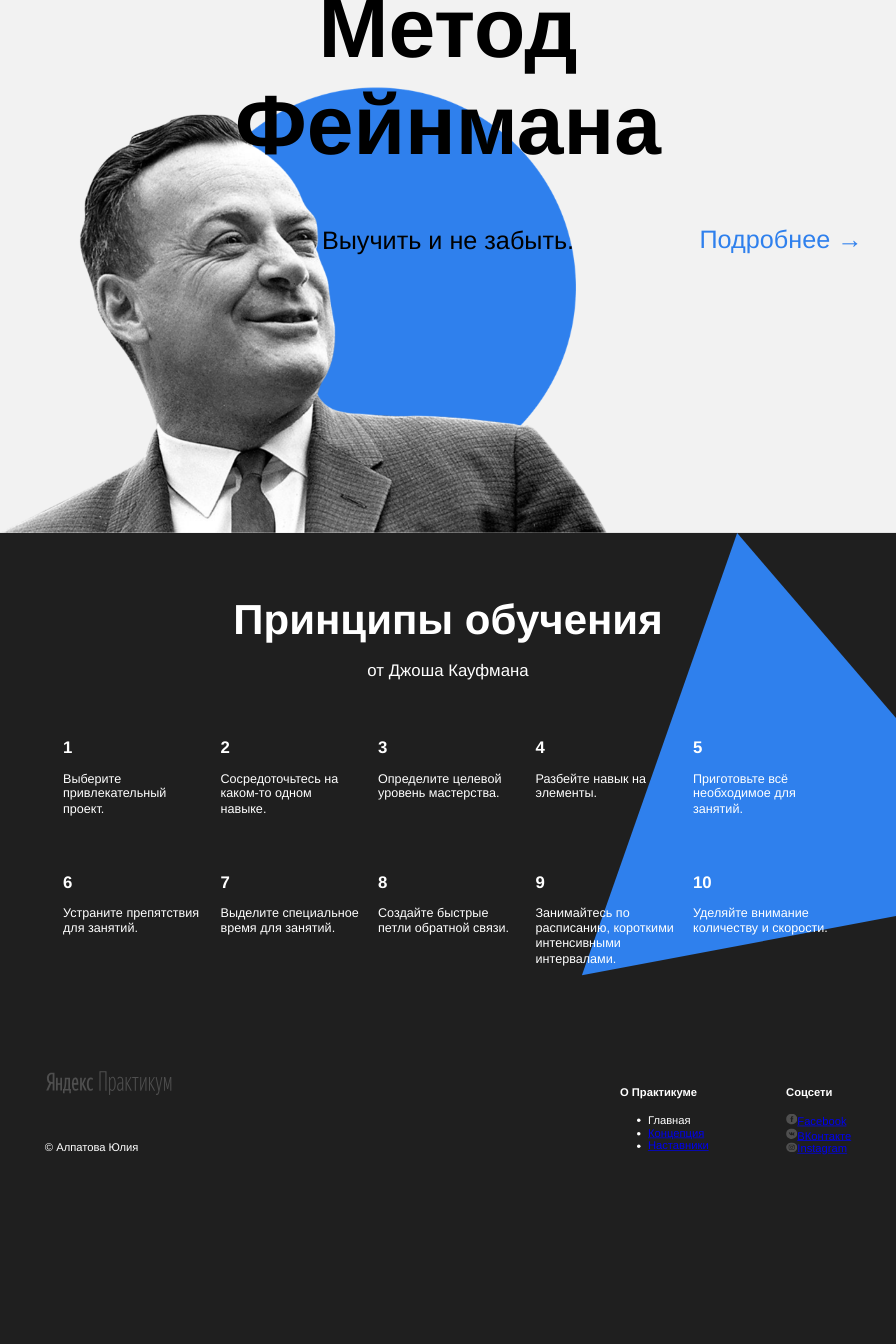
Repository: BlackMothy/how-to-learn
Page: index.html
The author's editor kept a copy of each file at every save. The page is drawn from the files as they stood at one save, then again after a run of saves.
The browser window is 1280 px wide. The pictures show the part of the page from y = 2100 to 4020 px (the page is 4020 px tall), at 70% of full size.

Above is the page before, as saved 2021-11-06 00:30:08.

### index.html
<!DOCTYPE html>
<html lang="ru">

<head>
  <meta charset="UTF-8">
  <meta name="viewport" content="width=device-width, initial-scale=1.0">
  <link rel="stylesheet" type="text/css" href="styles/normalize.css">
  <link rel="stylesheet" type="text/css" href="styles/style.css">
  <title>Научиться учиться</title>
</head>

<body>
  <div class="page">
    <header class="header">

      <img class="logo logo_place_header" src="images/logo_place_header.svg" alt="Лого" title="Лого">


      <h1 class="header__title">
        Научиться учиться
      </h1>

      <div class="header__subtitle">
        Какие современные и эффективные подходы к обучению вы можете использовать в своей жизни? <a class="header__link"
          href="#">Узнать &#8594;</a>
      </div>

      <img class="header__main-illustration" src="images\header-image.png" alt="Картинка главная">

      <div class="header__square-pic"></div>

    </header>
    <main class="content">
      <section class="description">
        <div class="two-columns">
          <h2 class="two-columns__brief">Главные проблемы в обучении</h2>

          <div class="two-columns__main-text">
            <div class="two-columns__paragraph">
              Ни в школе, ни в институте нас не учат тому, как правильно изучать материал. Мы готовимся к экзаменам и
              учим билеты. Мы тренируемся решать однообразные задачи, чтобы лучше сдать тест, но часто в итоге это не
              дает нам реального знания. Зубрежка быстро выветривается и не приносит пользы.
            </div>

            <div class="two-columns__paragraph">
              <span class="two-columns__span-accent">Вывод:</span> учиться тоже нужно уметь, но почему-то этому мало где
              учат. Что с этим делать?
            </div>

            <div class="two-columns__paragraph paragraph_position_last">
              Конкретные техники и упражнения помогают изменить подход к обучению, сделать его эффективным и
              захватывающим. Эти же техники применяются на примере обучения в Практикуме.
            </div>
          </div>
        </div>
      </section>

      <section class="digits">
        <h2 class="section-title">Цифры и факты</h2>

        <h3 class="section-subtitle">Про учёбу и мозг</h3>

        <ul class="table">
          <!-- Первая строка -->
          <li class="table__cell">
            <h4 class="table__heading">86 миллиардов</h4>
            <p class="table__text">
              Число нейронов в мозге человека
            </p>
          </li>

          <li class="table__cell">
            <h4 class="table__heading">2.1 миллиарда</h4>
            <p class="table__text">
              Число нуждающихся в повышении квалификации
            </p>
            <p class="table__text">
              Всемирный Банк, 2017
            </p>
          </li>

          <li class="table__cell">
            <h4 class="table__heading">1000 терабайт</h4>
            <p class="table__text">
              Объём памяти человека
            </p>
          </li>

          <li class="table__cell">
            <h4 class="table__heading">500 триллионов</h4>
            <p class="table__text">
              Число ответственных за обучение нервных синапсов у взрослого человека
            </p>
          </li>
          <!--  -->

          <!-- вторая строка -->
          <li class="table__cell">
            <h4 class="table__heading">420 миллионов</h4>
            <p class="table__text">
              Число взрослых людей моложе 25 лет, не имеющих образования для трудоустройства
            </p>
            <p class="table__text">
              Всемирный Банк, 2017
            </p>
          </li>

          <li class="table__cell">
            <h4 class="table__heading">17–20 лет</h4>
            <p class="table__text">
              Пик обучаемости
            </p>
          </li>

          <li class="table__cell">
            <h4 class="table__heading">1885 год</h4>
            <p class="table__text">
              Открытие кривой забывания
            </p>
          </li>

          <li class="table__cell">
            <h4 class="table__heading">1889 год</h4>
            <p class="table__text">
              Открытие условного рефлекса
            </p>
          </li>
          <!--  -->
        </ul>
      </section>

      <section class="feynman">
        <h2 class="feynman__title">Метод Фейнмана</h2>

        <h3 class="feynman__subtitle">Выучить и не забыть.</h3>

        <a class="feynman__link" href="#">Подробнее &#8594;</a>

        <img class="feynman__img" src="images/feynman.png" alt="Фейнман" title="Фейнман">
      </section>

      <section class="kaufman">
        <h2 class="section-title section-title__theme_dark">Принципы обучения</h2>

        <h3 class="section-subtitle section-subtitle__theme_dark">от Джоша Кауфмана</h3>

        <ul class="table table_theme_dark">
          <!-- Первая строка -->
          <li class="table__cell table__cell_theme_dark">
            <h4 class="table__heading table__heading_theme_dark">1</h4>
            <p class="table__text table__text_theme_dark">
              Выберите привлекательный проект.
            </p>
          </li>

          <li class="table__cell table__cell_theme_dark">
            <h4 class="table__heading table__heading_theme_dark">2</h4>
            <p class="table__text table__text_theme_dark">
              Сосредоточьтесь на каком-то одном навыке.
            </p>
          </li>

          <li class="table__cell table__cell_theme_dark">
            <h4 class="table__heading table__heading_theme_dark">3</h4>
            <p class="table__text table__text_theme_dark">
              Определите целевой уровень мастерства.
            </p>
          </li>

          <li class="table__cell table__cell_theme_dark">
            <h4 class="table__heading table__heading_theme_dark">4</h4>
            <p class="table__text table__text_theme_dark">
              Разбейте навык на элементы.
            </p>
          </li>

          <li class="table__cell table__cell_theme_dark">
            <h4 class="table__heading table__heading_theme_dark">5</h4>
            <p class="table__text table__text_theme_dark">
              Приготовьте всё необходимое для занятий.
            </p>
          </li>
          <!--  -->

          <!-- вторая строка -->
          <li class="table__cell table__cell_theme_dark">
            <h4 class="table__heading table__heading_theme_dark">6</h4>
            <p class="table__text table__text_theme_dark">
              Устраните препятствия для занятий.
            </p>
          </li>

          <li class="table__cell table__cell_theme_dark">
            <h4 class="table__heading table__heading_theme_dark">7</h4>
            <p class="table__text table__text_theme_dark">
              Выделите специальное время для занятий.
            </p>
          </li>

          <li class="table__cell table__cell_theme_dark">
            <h4 class="table__heading table__heading_theme_dark">8</h4>
            <p class="table__text table__text_theme_dark">
              Создайте быстрые петли обратной связи.
            </p>
          </li>

          <li class="table__cell table__cell_theme_dark">
            <h4 class="table__heading table__heading_theme_dark">9</h4>
            <p class="table__text table__text_theme_dark">
              Занимайтесь по расписанию, короткими интенсивными интервалами.
            </p>
          </li>

          <li class="table__cell table__cell_theme_dark">
            <h4 class="table__heading table__heading_theme_dark">10</h4>
            <p class="table__text table__text_theme_dark">
              Уделяйте внимание количеству и скорости.
            </p>
          </li>
          <!--  -->
        </ul>

        <img class="kaufman__triangle" src="images/kaufman-triangle.svg" alt="Треугольник" title="Треугольник">

      </section>
    </main>

    <footer class="footer">
      <div class="footer__columns">
        <div class="footer__column footer__column_content_copyright">
          <img class="logo logo_place_footer" src="images/logo_place_footer.svg" alt="Лого" title="Лого">

          <p class="footer__author">&copy; Алпатова Юлия</p>

        </div>

        <nav class="footer__column footer__column_content_info">
          <h4 class="footer__column-heading">О Практикуме</h4>

          <ul>
            <li><a class="footer__column-links" href="#">Главная</a></li>
            <li><a href="#">Концепция</a></li>
            <li><a href="#">Наставники</a></li>
          </ul>
        </nav>

        <nav class="footer__column footer__column_content_social">
          <h4 class="footer__column-heading">Соцсети</h4>

          <ul class="footer__column-links">
            <li><a href="#"><img class="footer__social-icon" src="images/facebook_color_white.svg" alt="Иконка Facebook" title="Facebook">Facebook</a></li>

            <li><a href="#"><img class="footer__social-icon" src="images/vk_color_white.svg" alt="Иконка ВКонтакте" title="ВКонтакте">ВКонтакте</a></li>

            <li><a href="#"><img class="footer__social-icon" src="images/instagram_color_white.svg" alt="Иконка Instagram" title="Instagram">Instagram</a></li>
          </ul>
        </nav>
      </div>

    </footer>

  </div>
</body>

</html>

### styles/style.css
.page {
  min-width: 1100px;
  /* мы ещё не умеем делать мобильную версию сайта, */
  /* поэтому выше установлена минимальная ширина страницы */
  max-width: 1600px;
  /* выше установили ограничение по максимальной ширине */
  margin: 0 auto;
  /* выше для экранов больше 1600px отцентрировали весь контент */
  font-family: 'Helvetica Neue', Arial, sans-serif;

}

/* Стили хедера */
.header {
  height: 100vh;
  min-height: 600px;
  max-height: 756px;
  background-color: #f2f2f2;
  margin: 0;
  padding: 0;
  padding-left: 64px;
  display: flex;
  flex-direction: column;
  justify-content: center;
  position: relative;
  overflow: hidden;
}

.logo {
  width: 183px;
  height: 32px;
}

.logo_place_header {
  position: absolute;
  top: 30px;
  z-index: 2;
}

.header__title {
  width: 730px;
  z-index: 2;
  line-height: 96px;
  font-size: 102px;
  font-weight: 600;
  margin: 0;
}

.header__subtitle {
  width: 388px;
  position: absolute;
  bottom: 30px;
  z-index: 2;
  line-height: 25px;
  font-size: 18px;
  font-weight: 400;
}

.header__link, .feynman__link {
  color: #2f80ed;
  text-decoration: none;
}

.header__main-illustration {
  width: 765px;
  height: 608px;
  position: absolute;
  right: 0;
  bottom: 0;
  z-index: 1;
}

.header__square-pic {
  height: 568px;
  width: 568px;
  background-color: #2f80ed;
  position: absolute;
  right: 0;
  top: 64px;

}
/* Стили хедера */

/* Стили двух колонок */
.two-columns {
  margin: 100px auto;
  width: 80%;
  display: flex;
  flex-direction: row;
  justify-content: space-between;
}

.two-columns__brief {
  width: 175px;
  margin: 0;
  line-height: 1.2;
  font-size: 18px;
  font-weight: 400;
  color: #2f80ed;
}

.two-columns__main-text {
  width: 80%;
  min-width: 784px;
}

.two-columns__paragraph {
  margin: 0 0 30px;
  line-height: 34px;
  font-size: 24px;
  font-weight: 400;
}

.two-columns__span-accent {
  line-height: 34px;
  font-size: 24px;
  font-weight: 600;
}

.paragraph_position_last {
  margin: 0;
}
/* Стили двух колонок */

/* Стили секции */

.digits {
  padding-bottom: 100px;
}

.section-title {
  width: 60%;
  text-align: center;
  line-height: 1.15;
  font-size: 60px;
  font-weight: 600;
  margin: 0 auto;
}

.section-subtitle {
  width: 60%;
  text-align: center;
  margin: 20px auto 0;
  line-height: 34px;
  font-size: 24px;
  font-weight: 400;
}

.table {
  display: flex;
  flex-wrap: wrap;
  width: 1100px;
  justify-content: space-between;
  padding: 0;
  margin: 0 auto;
}

.table__cell {
  margin: 60px 0 0;
  width: 250px;
  list-style: none;
}

.table__heading {
  margin: 0;
  line-height: 1.15;
  font-size: 24px;
  font-weight: 600;
}

.table__text {
  margin: 20px 0 0;
  line-height: 1.2;
  font-size: 18px;
  font-weight: 400;
}
/* Стили секции */

/* Стили Фейнмана */
.feynman {
  background-color: #f2f2f2;
  display: flex;
  position: relative;
  flex-direction: column;
  justify-content: flex-start;
  align-items: center;
  height: 890px;
}

.feynman__title {
  width: 648px;
  z-index: 1;
  line-height: 1.15;
  font-size: 120px;
  font-weight: 600;
  text-align: center;
  margin: 100px 0 70px;
}

.feynman__subtitle {
  z-index: 1;
  line-height: 51px;
  font-size: 36px;
  font-weight: 400;
  margin: 0;
}

.feynman__link {
  position: absolute;
  top: 50%;
  right: 48px;
  z-index: 1;
  line-height: 51px;
  font-size: 36px;
  font-weight: 400;
}

.feynman__img {
  position: absolute;
  left: 0;
  bottom: 0;
  width: 867px;
  height: 637px;

}
/* Стили Фейнмана */

/* Стили Кауфмана */
.kaufman {
  background-color: #1f1f1f;
  color: white;
  padding: 90px 0;
  position: relative;
  overflow: hidden;
  z-index: -2;
}

.table__cell_theme_dark {
  width: 200px;
  margin-right: 0;
  margin-top: 80px;
}

.kaufman__triangle {
  width: 877px;
  height: 887px;
  position: absolute;
  right: -210px;
  top: 0;
  z-index: -1;
}
/* Стили Кауфмана */

/* Стили футера */
.footer {
  min-height: 350px;
  color: white;
  background-color: #1f1f1f;
  padding: 60px 0 40px;
}

.footer__columns {
  margin: 0 auto;
  width: 90%;
  display: flex;
  flex-direction: row;
  justify-content: space-between;
  align-items: stretch;
}

.footer__column {

}

.footer__column_content_copyright {
  display: flex;
  flex-direction: column;
  justify-content: space-between;
  flex-basis: 711px;
}

.logo_place_footer {
  height: 35px;
}

.footer__author {
  margin: 18px 0;
}

.footer__column-links {
  list-style: none;
  color: white;
  text-decoration: none;
  padding: 0;
}




/* Стили футера */

Loaded but not shown: styles/normalize.css (library)

After the next 2 saves:
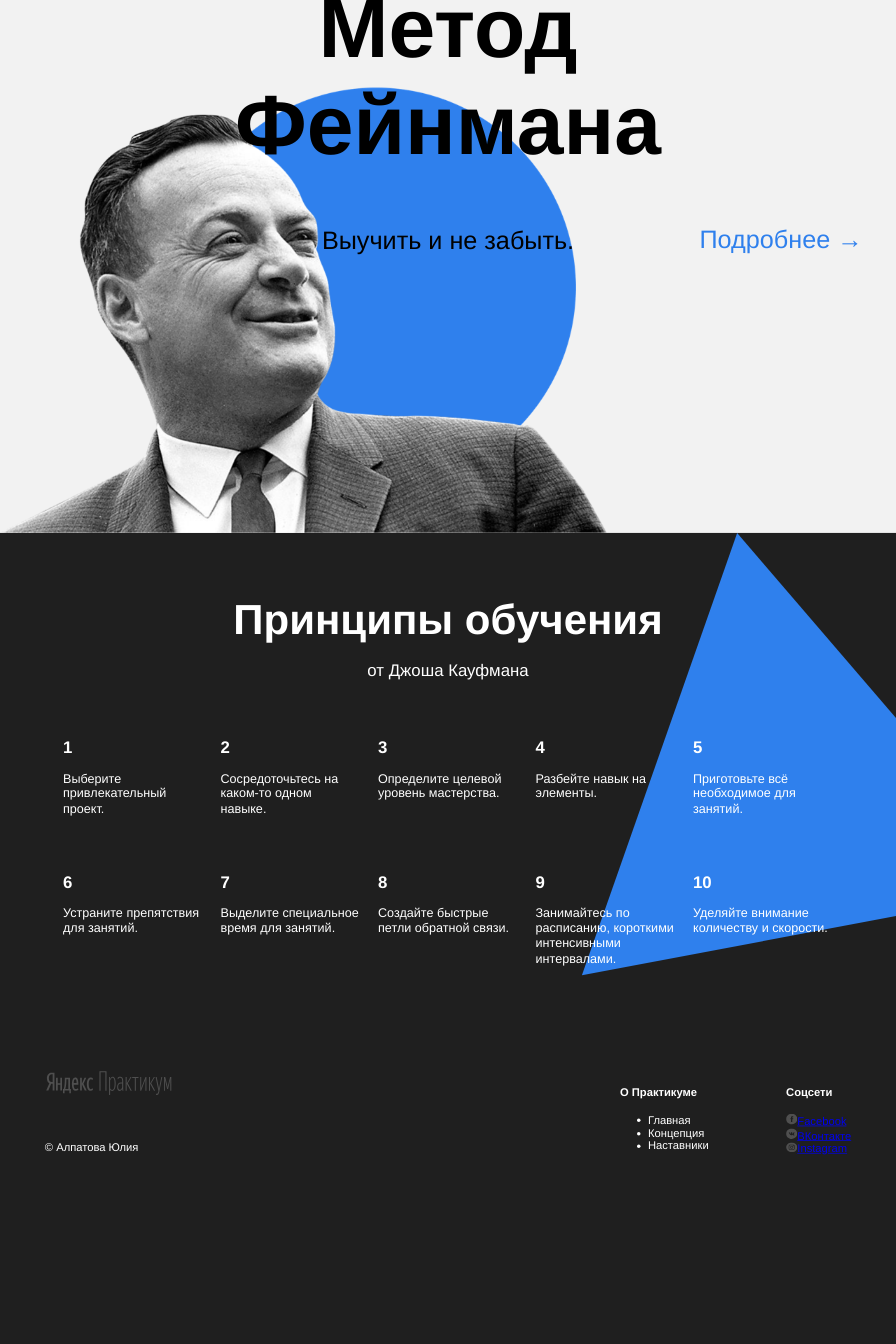
The 2 saves are shown as one change because they came seconds apart.
The last was saved 8 s later.
--- a/index.html
+++ b/index.html
@@ -239,8 +239,8 @@
 
           <ul>
             <li><a class="footer__column-links" href="#">Главная</a></li>
-            <li><a href="#">Концепция</a></li>
-            <li><a href="#">Наставники</a></li>
+            <li><a class="footer__column-links" href="#">Концепция</a></li>
+            <li><a class="footer__column-links" href="#">Наставники</a></li>
           </ul>
         </nav>
 
